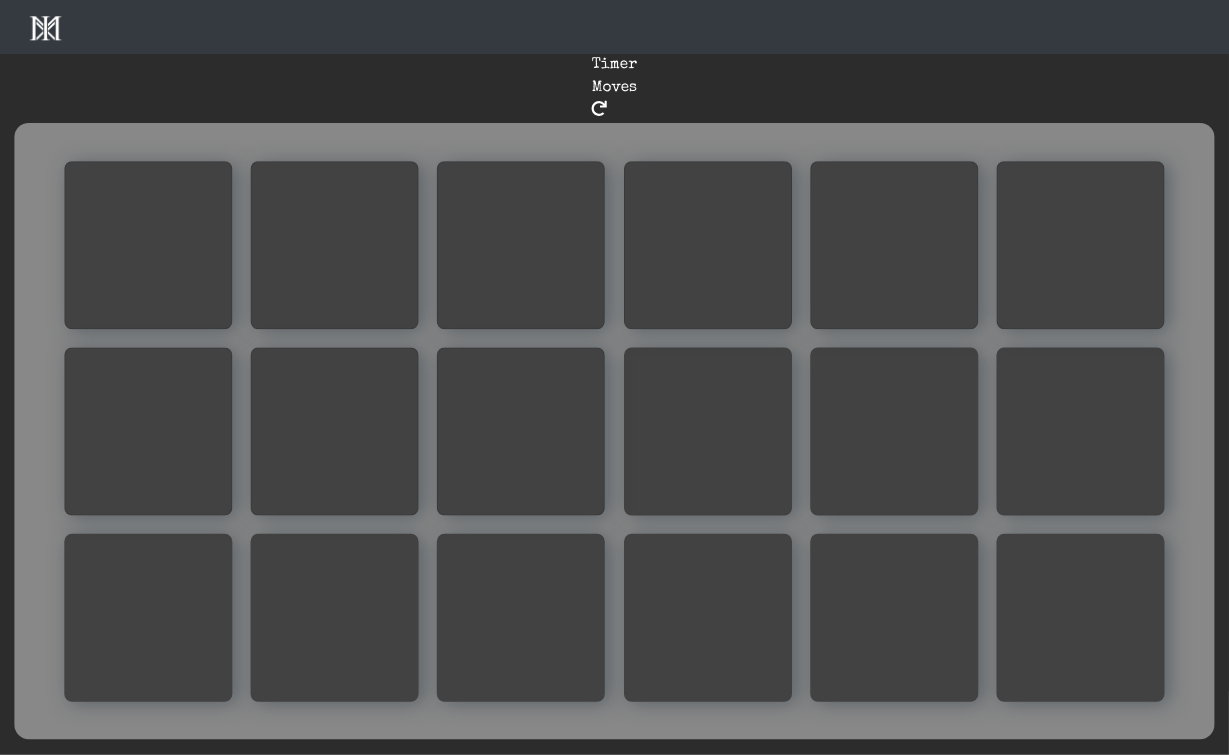
Repository: Code-Institute-Submissions/Milestone-25
Page: game.html
The author's editor kept a record of every edit. The page is drawn from the files as they stood at one moment, then again after the next edit.
The browser window is 1280 px wide. The pictures show the whole page, at 96% of full size.
Some web libraries are served in a nearby version.

Above is the page before.

After the next edit:
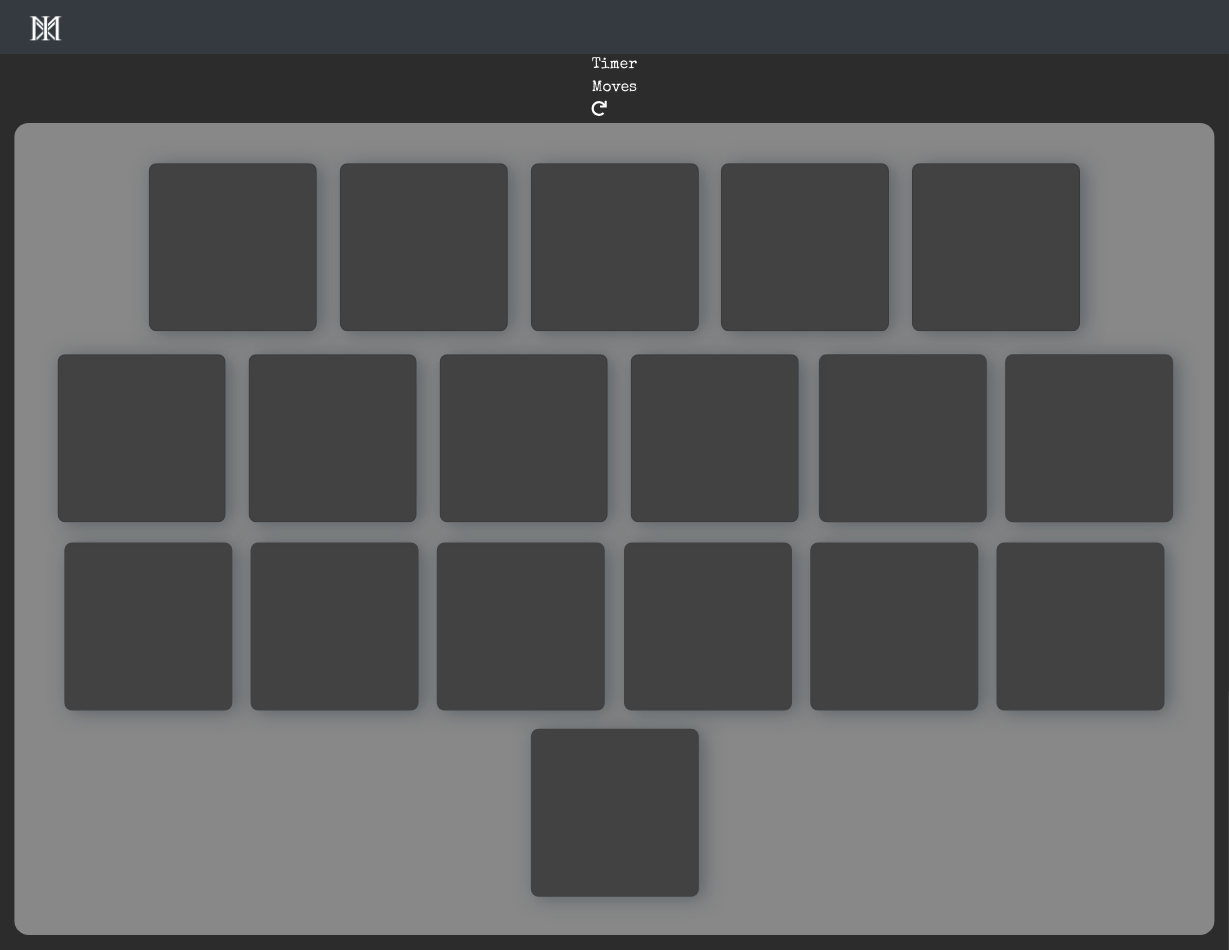
The edit:
--- a/assets/css/style.css
+++ b/assets/css/style.css
@@ -79,7 +79,7 @@
   justify-content: center;
   align-items: center;
   box-shadow: 5px 2px 20px 0 rgba(46, 61, 73, 0.5);
-  margin: 0.8%;
+  margin: 1%;
 }
 
 
